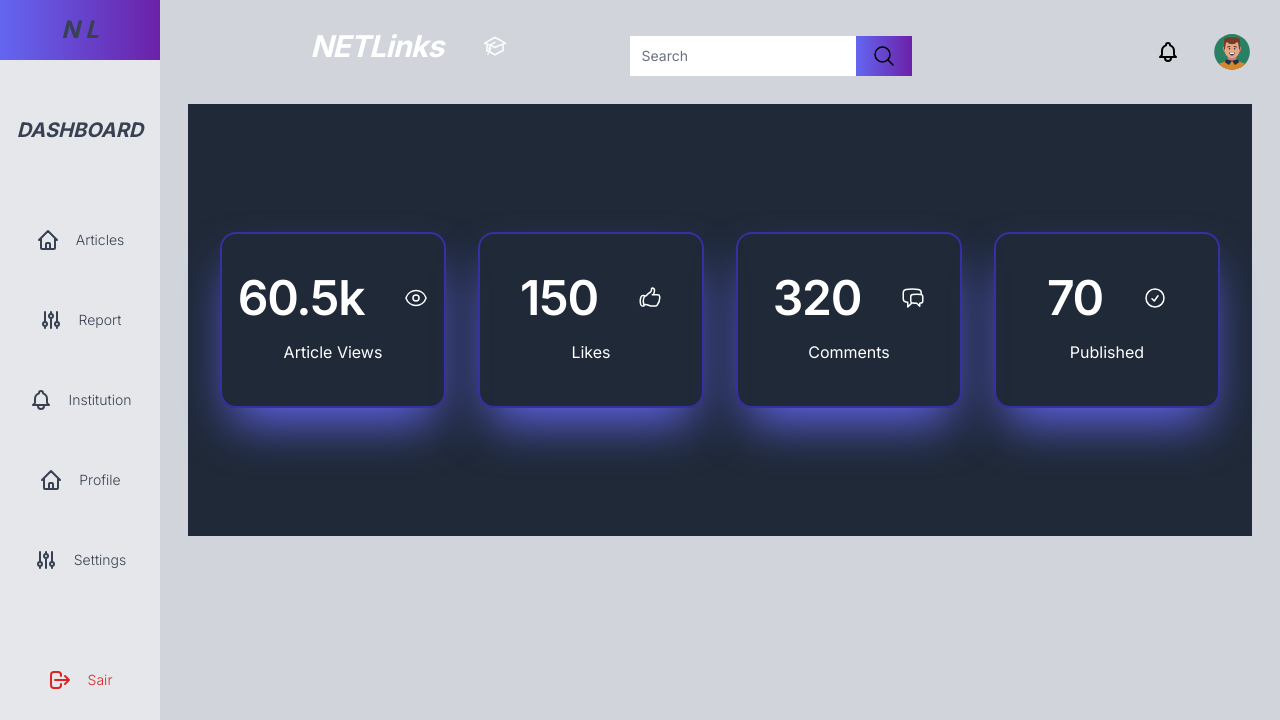
Repository: KennedyWanderson/AdminDashboard
Page: / (app in Code/admindashboard/)
These files come from the project's save history. The page is drawn as it stood at one moment and after the next save; the edit follows.
The browser window is 1280 px wide. The pictures show the whole page.
The project was rebuilt for these pictures with package versions that can differ from the ones it lists, and the page was loaded fresh each time. The framework's server and built-in components were replaced by stand-ins that run in the browser. Also part of the build but not shown: Code/admindashboard/next.config.mjs.

Above is the page before, as saved 2024-06-26 20:12:52.

### Code/admindashboard/src/app/layout.js
import { Inter } from "next/font/google";
import "./globals.css";

const inter = Inter({ subsets: ["latin"] });

export const metadata = {
  title: "Admin Dashboard",
  description: "Generated by Kennedy Wanderson",
};

export default function RootLayout({ children }) {
  return (
    <html lang="en">
      <body className={inter.className}>{children}</body>
    </html>
  );
}

### Code/admindashboard/src/app/page.js
import Layout from "@/components/Layout";

export default function Home() {
  return (
    <Layout>
      Content
    </Layout>
  )
}

### Code/admindashboard/src/components/Layout.jsx
"use client";

import { useState } from "react";
import Content from "./Content";
import Header from "./Header";
import LateralMenu from "./LateralMenu";
import HomePage from "./Home";


export default function Layout() {
    const [activeComponent, setActiveComponent] = useState("HomePage");

    const renderActiveComponent = () => {
        switch (activeComponent) {
            case "HomePage":
                return <HomePage />;
            default:
                return <HomePage />;
        }
    };

    return (
        <div className={`flex h-screen w-screen`}>
            <LateralMenu setActiveComponent={setActiveComponent} />
            <div className={`
                flex flex-col w-full p-7
                bg-gray-300 dark:bg-gray-800
            `}>
                <Header />
                <Content>
                    {renderActiveComponent()}
                </Content>
            </div>
        </div>
    );
}

### Code/admindashboard/src/components/Content.jsx
export default function Content({ children }) {
    return (
        <div className={`
            flex flex-col mt-7
            dark:text-gray-200
        `}>
            {children}
        </div>
    );
}

### Code/admindashboard/src/components/Header.jsx
import AvatarUsuario from "./UserAvatar";
import { IconeAcademic, IconeSearch, IconeSino } from "./icons";

export default function Header({ titulo, subtitulo }) {


    return (
        <div className={`flex`}>
            <div>
                <h1 className={`
                font-black text-3xl
                text-gray-900 dark:text-gray-100
            `}>
                    {titulo}
                </h1>
                <h2 className={`
                font-light text-sm
                dark:text-gray-300
            `}>
                    {subtitulo}
                </h2>
            </div>
            <header className="flex flex-grow justify-center text-white">
                <nav className=" justify-center" aria-label="Global">
                    <div className="hidden lg:flex lg:gap-x-12">
                        <a href="#" className="order-first text-xl font-bold flex items-center gap-10 italic tracking-tight text-white sm:text-3xl">NETLinks {IconeAcademic}</a>
                    </div>
                </nav>
            </header>

                <div className="relative mt-2 ">
                    <div className=" absolute inset-y-0 left-0 flex items-center pl-3">
                        <span className="text-gray-500 sm:text-sm">Search </span>
                    </div>
                    <input
                        type="text"
                        name="search"
                        id="search"
                        className="w-full rounded-none py-2 px-6"
                    >

                    </input>
                    <div className="absolute inset-y-0 px-4 right-0 flex items-center bg-gradient-to-r from-indigo-500 to-purple-800 cursor-pointer">
                        {IconeSearch}
                    </div>
                </div>


            <div className={`flex flex-grow justify-end items-center gap-8`}>

                {IconeSino}
                <AvatarUsuario />
            </div>
        </div>
    )
}

### Code/admindashboard/src/components/LateralMenu.jsx
"use client";

import MenuItem from "./ItemMenu";
import { IconeAjustes, IconeCasa, IconeSair, IconeSino } from "./icons";

export default function LateralMenu({ setActiveComponent }) {
    return (
        <aside className={`
            flex flex-col items-center gap-10
            bg-gray-200 text-gray-700
            dark:bg-gray-900
        `}>
            <div className={`
                flex flex-col items-center justify-center font-bold italic text-2xl
                bg-gradient-to-r from-indigo-500 to-purple-800
                h-20 w-40
            `}>
                N L
            </div>
            <div className="flex items-center justify-center w-full h-20 bg-">
                <h4 className="font-bold italic text-xl
                text-gradient-to-r from-indigo-500 to-purple-800
                ">DASHBOARD</h4>
            </div>

            <ul className="flex-grow">

                <MenuItem
                    texto="Articles"
                    icone={IconeCasa}
                    onClick={() => setActiveComponent('HomePage')}
                />
                <MenuItem
                    texto="Report"
                    icone={IconeAjustes}
                    onClick={() => setActiveComponent('Ajustes')}
                />
                <MenuItem
                    texto="Institution"
                    icone={IconeSino}
                    onClick={() => setActiveComponent('Notificacoes')}
                />
                                <MenuItem
                    texto="Profile"
                    icone={IconeCasa}
                    onClick={() => setActiveComponent('HomePage')}
                />
                <MenuItem
                    texto="Settings"
                    icone={IconeAjustes}
                    onClick={() => setActiveComponent('Ajustes')}
                />

            </ul>
            <ul>
                <MenuItem
                    texto="Sair"
                    icone={IconeSair}
                    className={`
                        text-red-600 dark:text-red-400
                        hover:bg-red-400 hover:text-white
                        dark:hover:text-white
                    `}
                />
            </ul>
        </aside>
    );
}

### Code/admindashboard/src/components/Home.jsx
import { IconeCheck, IconeComment, IconeEye, IconeLike } from "./icons";

export default function HomePage() {
    return (
        <div className="py-24 sm:py-32 bg-gray-800">
            <div className="mx-auto max-w-full px-6 lg:px-8">
                <dl className="grid grid-cols-1 gap-x-8 gap-y-16 text-center lg:grid-cols-4">
                    <div className="mx-auto flex items-center max-w-xs flex-col w-full border-2 rounded-2xl shadow-2xl shadow-indigo-500 p-10 border-indigo-800 gap-y-4">
                        <dt className="text-base leading-7 text-white">Article Views</dt>
                        <dd className="order-first flex items-center gap-10 text-3xl font-semibold tracking-tight text-white sm:text-5xl">60.5k {IconeEye}</dd>
                    </div>
                    <div className="mx-auto flex items-center max-w-xs flex-col w-full border-2 rounded-2xl shadow-2xl shadow-indigo-500 p-10 border-indigo-800 gap-y-4">
                        <dt className="text-base leading-7 text-white">Likes</dt>
                        <dd className="order-first text-3xl flex items-center gap-10 font-semibold tracking-tight text-white sm:text-5xl">150 {IconeLike}</dd>
                    </div>
                    <div className="mx-auto flex items-center max-w-xs flex-col w-full border-2 rounded-2xl shadow-2xl shadow-indigo-500 p-10 border-indigo-800 gap-y-4">
                        <dt className="text-base leading-7 text-white">Comments</dt>
                        <dd className="order-first text-3xl flex items-center gap-10 font-semibold tracking-tight text-white sm:text-5xl">320 {IconeComment}</dd>
                    </div>
                    <div className="mx-auto flex items-center max-w-xs flex-col w-full border-2 rounded-2xl shadow-2xl shadow-indigo-500 p-10 border-indigo-800 gap-y-4">
                        <dt className="text-base leading-7 text-white">Published</dt>
                        <dd className="order-first text-3xl flex items-center gap-10 font-semibold tracking-tight text-white sm:text-5xl">70 {IconeCheck}</dd>
                    </div>
                </dl>

                {/* <table className="table-auto w-full mt-8 text-white">
                    <thead>
                        <tr className="">
                            <th className="px-4 py-2 border">Song</th>
                            <th className="px-4 py-2 border">Artist</th>
                            <th className="px-4 py-2 border">Year</th>
                        </tr>
                    </thead>
                    <tbody>
                        <tr className="">
                            <td className="px-4 py-2 border">The Sliding Mr. Bones (Next Stop, Pottersville)</td>
                            <td className="px-4 py-2 border">Malcolm Lockyer</td>
                            <td className="px-4 py-2 border">1961</td>
                        </tr>
                        <tr className="">
                            <td className="px-4 py-2 border">Witchy Woman</td>
                            <td className="px-4 py-2 border">The Eagles</td>
                            <td className="px-4 py-2 border">1972</td>
                        </tr>
                        <tr className="">
                            <td className="px-4 py-2 border">Shining Star</td>
                            <td className="px-4 py-2 border">Earth, Wind, and Fire</td>
                            <td className="px-4 py-2 border">1975</td>
                        </tr>
                        <tr className="">
                            <td className="px-4 py-2 border">The Sliding Mr. Bones (Next Stop, Pottersville)</td>
                            <td className="px-4 py-2 border">Malcolm Lockyer</td>
                            <td className="px-4 py-2 border">1961</td>
                        </tr>
                        <tr className="">
                            <td className="px-4 py-2 border">Witchy Woman</td>
                            <td className="px-4 py-2 border">The Eagles</td>
                            <td className="px-4 py-2 border">1972</td>
                        </tr>
                        <tr className="">
                            <td className="px-4 py-2 border">Shining Star</td>
                            <td className="px-4 py-2 border">Earth, Wind, and Fire</td>
                            <td className="px-4 py-2 border">1975</td>
                        </tr>
                        <tr className="">
                            <td className="px-4 py-2 border">The Sliding Mr. Bones (Next Stop, Pottersville)</td>
                            <td className="px-4 py-2 border">Malcolm Lockyer</td>
                            <td className="px-4 py-2 border">1961</td>
                        </tr>
                        <tr className="">
                            <td className="px-4 py-2 border">Witchy Woman</td>
                            <td className="px-4 py-2 border">The Eagles</td>
                            <td className="px-4 py-2 border">1972</td>
                        </tr>
                        <tr className="">
                            <td className="px-4 py-2 border">Shining Star</td>
                            <td className="px-4 py-2 border">Earth, Wind, and Fire</td>
                            <td className="px-4 py-2 border">1975</td>
                        </tr>
                        <tr className="">
                            <td className="px-4 py-2 border">The Sliding Mr. Bones (Next Stop, Pottersville)</td>
                            <td className="px-4 py-2 border">Malcolm Lockyer</td>
                            <td className="px-4 py-2 border">1961</td>
                        </tr>
                        <tr className="">
                            <td className="px-4 py-2 border">Witchy Woman</td>
                            <td className="px-4 py-2 border">The Eagles</td>
                            <td className="px-4 py-2 border">1972</td>
                        </tr>
                        <tr className="">
                            <td className="px-4 py-2 border">Shining Star</td>
                            <td className="px-4 py-2 border">Earth, Wind, and Fire</td>
                            <td className="px-4 py-2 border">1975</td>
                        </tr>
                        <tr className="">
                            <td className="px-4 py-2 border">The Sliding Mr. Bones (Next Stop, Pottersville)</td>
                            <td className="px-4 py-2 border">Malcolm Lockyer</td>
                            <td className="px-4 py-2 border">1961</td>
                        </tr>
                        <tr className="">
                            <td className="px-4 py-2 border">Witchy Woman</td>
                            <td className="px-4 py-2 border">The Eagles</td>
                            <td className="px-4 py-2 border">1972</td>
                        </tr>
                        <tr className="">
                            <td className="px-4 py-2 border">Shining Star</td>
                            <td className="px-4 py-2 border">Earth, Wind, and Fire</td>
                            <td className="px-4 py-2 border">1975</td>
                        </tr>

                    </tbody>
                </table> */}
            </div>
        </div>
    )
}

### Code/admindashboard/src/components/UserAvatar.jsx


export default function AvatarUsuario({className}) {
    return (
            <img
                src={'/images/avatar.svg'}
                alt="Avatar do Usuário"
                className={`
                    h-10 w-10 rounded-full cursor-pointer
                    ${className}
                `}
            />

    )
}

### Code/admindashboard/src/components/icons/index.jsx
// Pra mais icones acessar... https://heroicons.com/

export const IconeSearch = (
    <svg xmlns="http://www.w3.org/2000/svg" fill="none" viewBox="0 0 24 24" strokeWidth={1.5} stroke="currentColor" className="size-6">
        <path strokeLinecap="round" strokeLinejoin="round" d="m21 21-5.197-5.197m0 0A7.5 7.5 0 1 0 5.196 5.196a7.5 7.5 0 0 0 10.607 10.607Z" />
    </svg>
)

export const IconeAcademic = (
    <svg xmlns="http://www.w3.org/2000/svg" fill="none" viewBox="0 0 24 24" strokeWidth={1.5} stroke="currentColor" className="size-6">
        <path strokeLinecap="round" strokeLinejoin="round" d="M4.26 10.147a60.438 60.438 0 0 0-.491 6.347A48.62 48.62 0 0 1 12 20.904a48.62 48.62 0 0 1 8.232-4.41 60.46 60.46 0 0 0-.491-6.347m-15.482 0a50.636 50.636 0 0 0-2.658-.813A59.906 59.906 0 0 1 12 3.493a59.903 59.903 0 0 1 10.399 5.84c-.896.248-1.783.52-2.658.814m-15.482 0A50.717 50.717 0 0 1 12 13.489a50.702 50.702 0 0 1 7.74-3.342M6.75 15a.75.75 0 1 0 0-1.5.75.75 0 0 0 0 1.5Zm0 0v-3.675A55.378 55.378 0 0 1 12 8.443m-7.007 11.55A5.981 5.981 0 0 0 6.75 15.75v-1.5" />
    </svg>

)

export const IconeComment = (
    <svg xmlns="http://www.w3.org/2000/svg" fill="none" viewBox="0 0 24 24" strokeWidth={1.5} stroke="currentColor" className="size-6">
        <path strokeLinecap="round" strokeLinejoin="round" d="M20.25 8.511c.884.284 1.5 1.128 1.5 2.097v4.286c0 1.136-.847 2.1-1.98 2.193-.34.027-.68.052-1.02.072v3.091l-3-3c-1.354 0-2.694-.055-4.02-.163a2.115 2.115 0 0 1-.825-.242m9.345-8.334a2.126 2.126 0 0 0-.476-.095 48.64 48.64 0 0 0-8.048 0c-1.131.094-1.976 1.057-1.976 2.192v4.286c0 .837.46 1.58 1.155 1.951m9.345-8.334V6.637c0-1.621-1.152-3.026-2.76-3.235A48.455 48.455 0 0 0 11.25 3c-2.115 0-4.198.137-6.24.402-1.608.209-2.76 1.614-2.76 3.235v6.226c0 1.621 1.152 3.026 2.76 3.235.577.075 1.157.14 1.74.194V21l4.155-4.155" />
    </svg>

)

export const IconeCheck = (
    <svg xmlns="http://www.w3.org/2000/svg" fill="none" viewBox="0 0 24 24" strokeWidth={1.5} stroke="currentColor" className="size-6">
        <path strokeLinecap="round" strokeLinejoin="round" d="M9 12.75 11.25 15 15 9.75M21 12a9 9 0 1 1-18 0 9 9 0 0 1 18 0Z" />
    </svg>


)

export const IconeLike = (
    <svg xmlns="http://www.w3.org/2000/svg" fill="none" viewBox="0 0 24 24" strokeWidth={1.5} stroke="currentColor" className="size-6">
        <path strokeLinecap="round" strokeLinejoin="round" d="M6.633 10.25c.806 0 1.533-.446 2.031-1.08a9.041 9.041 0 0 1 2.861-2.4c.723-.384 1.35-.956 1.653-1.715a4.498 4.498 0 0 0 .322-1.672V2.75a.75.75 0 0 1 .75-.75 2.25 2.25 0 0 1 2.25 2.25c0 1.152-.26 2.243-.723 3.218-.266.558.107 1.282.725 1.282m0 0h3.126c1.026 0 1.945.694 2.054 1.715.045.422.068.85.068 1.285a11.95 11.95 0 0 1-2.649 7.521c-.388.482-.987.729-1.605.729H13.48c-.483 0-.964-.078-1.423-.23l-3.114-1.04a4.501 4.501 0 0 0-1.423-.23H5.904m10.598-9.75H14.25M5.904 18.5c.083.205.173.405.27.602.197.4-.078.898-.523.898h-.908c-.889 0-1.713-.518-1.972-1.368a12 12 0 0 1-.521-3.507c0-1.553.295-3.036.831-4.398C3.387 9.953 4.167 9.5 5 9.5h1.053c.472 0 .745.556.5.96a8.958 8.958 0 0 0-1.302 4.665c0 1.194.232 2.333.654 3.375Z" />
    </svg>

)

export const IconeEye = (
    <svg xmlns="http://www.w3.org/2000/svg" fill="none" viewBox="0 0 24 24" strokeWidth={1.5} stroke="currentColor" className="size-6">
        <path strokeLinecap="round" strokeLinejoin="round" d="M2.036 12.322a1.012 1.012 0 0 1 0-.639C3.423 7.51 7.36 4.5 12 4.5c4.638 0 8.573 3.007 9.963 7.178.07.207.07.431 0 .639C20.577 16.49 16.64 19.5 12 19.5c-4.638 0-8.573-3.007-9.963-7.178Z" />
        <path strokeLinecap="round" strokeLinejoin="round" d="M15 12a3 3 0 1 1-6 0 3 3 0 0 1 6 0Z" />
    </svg>
)

export const IconeCasa = (
    <svg xmlns="http://www.w3.org/2000/svg" className="h-6 w-6" fill="none" viewBox="0 0 24 24" stroke="currentColor">
        <path strokeLinecap="round" strokeLinejoin="round" strokeWidth={2} d="M3 12l2-2m0 0l7-7 7 7M5 10v10a1 1 0 001 1h3m10-11l2 2m-2-2v10a1 1 0 01-1 1h-3m-6 0a1 1 0 001-1v-4a1 1 0 011-1h2a1 1 0 011 1v4a1 1 0 001 1m-6 0h6" />
    </svg>
)

export const IconeAjustes = (
    <svg xmlns="http://www.w3.org/2000/svg" className="h-6 w-6" fill="none" viewBox="0 0 24 24" stroke="currentColor">
        <path strokeLinecap="round" strokeLinejoin="round" strokeWidth={2} d="M12 6V4m0 2a2 2 0 100 4m0-4a2 2 0 110 4m-6 8a2 2 0 100-4m0 4a2 2 0 110-4m0 4v2m0-6V4m6 6v10m6-2a2 2 0 100-4m0 4a2 2 0 110-4m0 4v2m0-6V4" />
    </svg>
)

export const IconeSino = (
    <svg xmlns="http://www.w3.org/2000/svg" className="h-6 w-6" fill="none" viewBox="0 0 24 24" stroke="currentColor">
        <path strokeLinecap="round" strokeLinejoin="round" strokeWidth={2} d="M15 17h5l-1.405-1.405A2.032 2.032 0 0118 14.158V11a6.002 6.002 0 00-4-5.659V5a2 2 0 10-4 0v.341C7.67 6.165 6 8.388 6 11v3.159c0 .538-.214 1.055-.595 1.436L4 17h5m6 0v1a3 3 0 11-6 0v-1m6 0H9" />
    </svg>
)

export const IconeSair = (
    <svg xmlns="http://www.w3.org/2000/svg" className="h-6 w-6" fill="none" viewBox="0 0 24 24" stroke="currentColor">
        <path strokeLinecap="round" strokeLinejoin="round" strokeWidth={2} d="M17 16l4-4m0 0l-4-4m4 4H7m6 4v1a3 3 0 01-3 3H6a3 3 0 01-3-3V7a3 3 0 013-3h4a3 3 0 013 3v1" />
    </svg>
)

export const IconeSol = (tamanho = 6) => (
    <svg xmlns="http://www.w3.org/2000/svg" className={`h-${tamanho} w-${tamanho}`} fill="none" viewBox="0 0 24 24" stroke="currentColor">
        <path strokeLinecap="round" strokeLinejoin="round" strokeWidth={2} d="M12 3v1m0 16v1m9-9h-1M4 12H3m15.364 6.364l-.707-.707M6.343 6.343l-.707-.707m12.728 0l-.707.707M6.343 17.657l-.707.707M16 12a4 4 0 11-8 0 4 4 0 018 0z" />
    </svg>
)

export const IconeLua = (tamanho = 6) => (
    <svg xmlns="http://www.w3.org/2000/svg" className={`h-${tamanho} w-${tamanho}`} fill="none" viewBox="0 0 24 24" stroke="currentColor">
        <path strokeLinecap="round" strokeLinejoin="round" strokeWidth={2} d="M20.354 15.354A9 9 0 018.646 3.646 9.003 9.003 0 0012 21a9.003 9.003 0 008.354-5.646z" />
    </svg>
)

export const IconeAtencao = (tamanho = 1) => (
    <svg xmlns="http://www.w3.org/2000/svg" className={`h-${tamanho} w-${tamanho}`} fill="none" viewBox="0 0 24 24" stroke="currentColor">
        <path strokeLinecap="round" strokeLinejoin="round" strokeWidth={2} d="M12 9v2m0 4h.01m-6.938 4h13.856c1.54 0 2.502-1.667 1.732-3L13.732 4c-.77-1.333-2.694-1.333-3.464 0L3.34 16c-.77 1.333.192 3 1.732 3z" />
    </svg>
)

### Code/admindashboard/src/components/ItemMenu.jsx

export default function MenuItem({ texto, icone, url, className, onClick }) {
    function renderizarLink() {
        return (
            <div className={`
                flex justify-center items-center
                h-20 w-auto gap-4
                dark:text-gray-200
                ${className}
            `}>
                {icone}
                <span className="text-sm font-light">
                    {texto}
                </span>
            </div>
        );
    }

    return (
        <li
            onClick={onClick}
            className={`
                hover:bg-gray-100 dark:hover:bg-gray-800
                cursor-pointer
            `}
        >
            {url ? (
                <a href={url}>
                    {renderizarLink()}
                </a>
            ) : (
                renderizarLink()
            )}
        </li>
    );
}

Loaded but not shown: Code/admindashboard/src/app/globals.css (common file); Code/admindashboard/tailwind.config.js (common file)

After the next save:
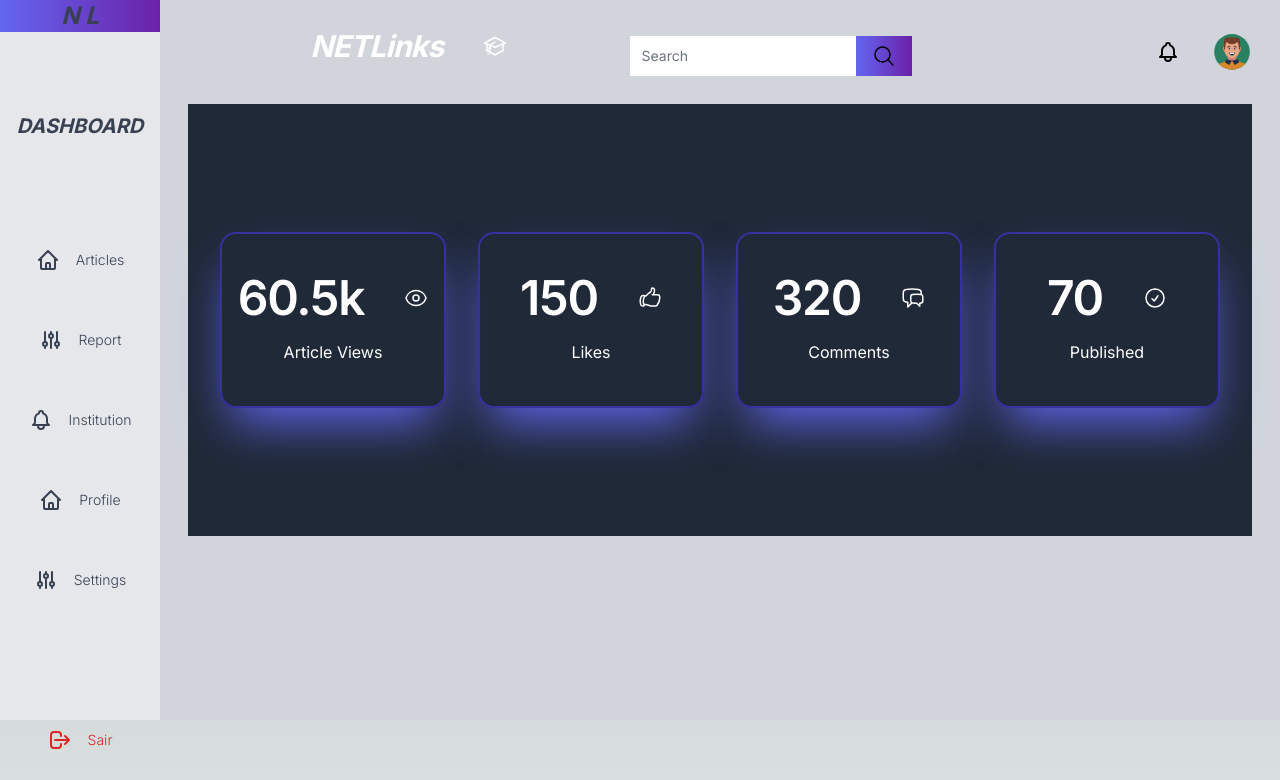
Saved 7 s later.
--- a/Code/admindashboard/src/components/LateralMenu.jsx
+++ b/Code/admindashboard/src/components/LateralMenu.jsx
@@ -6,7 +6,7 @@ import { IconeAjustes, IconeCasa, IconeSair, IconeSino } from "./icons";
 export default function LateralMenu({ setActiveComponent }) {
     return (
         <aside className={`
-            flex flex-col items-center gap-10
+            flex flex-col items-center gap-20
             bg-gray-200 text-gray-700
             dark:bg-gray-900
         `}>
